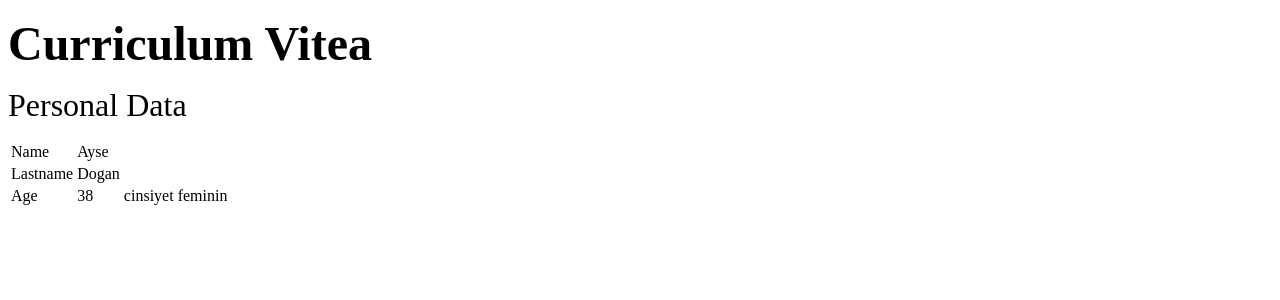
Repository: aysedo/html
Page: Week_2/profile/index.html
These files come from the project's save history. The page is drawn as it stood at one moment and after the next save; the edit follows.
The browser window is 1280 px wide. The pictures show the whole page.

Above is the page before, as saved 2021-08-25 20:56:23.

After the next save:
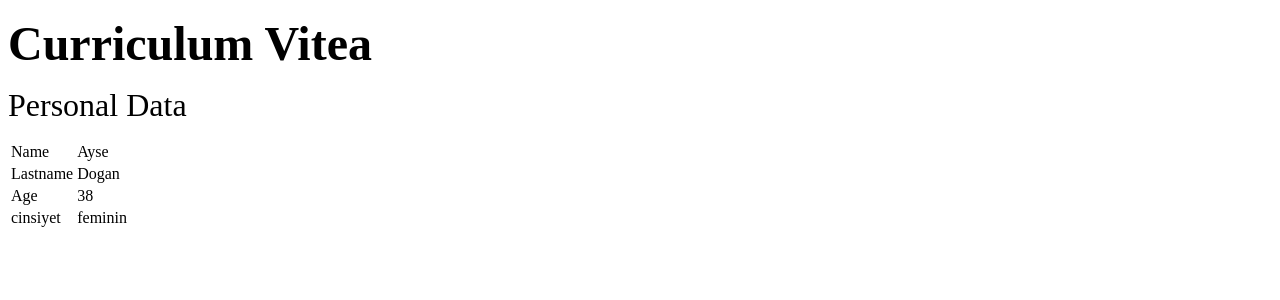
Saved 46 s later.
--- a/Week_2/profile/index.html
+++ b/Week_2/profile/index.html
@@ -20,8 +20,10 @@
           </tr>
           <td> Age </td>
           <td> 38 </td>
+          <tr>
           <td>cinsiyet</td>
           <td>feminin</td>
+          <tr/>
           <td></td>
           <td></td>
           <td></td>
